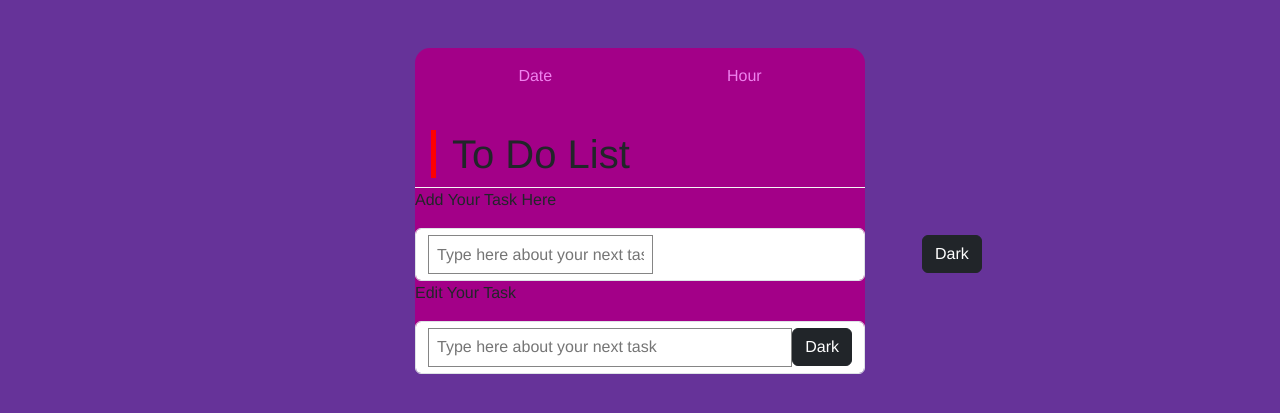
Repository: Passionblaz/TODO
Page: TODO/Untitled-1.html
An editor plug-in stored every save of this project. The page is shown before and after a run of saves, followed by the edit.
The browser window is 1280 px wide. The pictures show the whole page.

Above is the page before, as saved 2023-07-14 14:10:01.

After the next 2 saves:
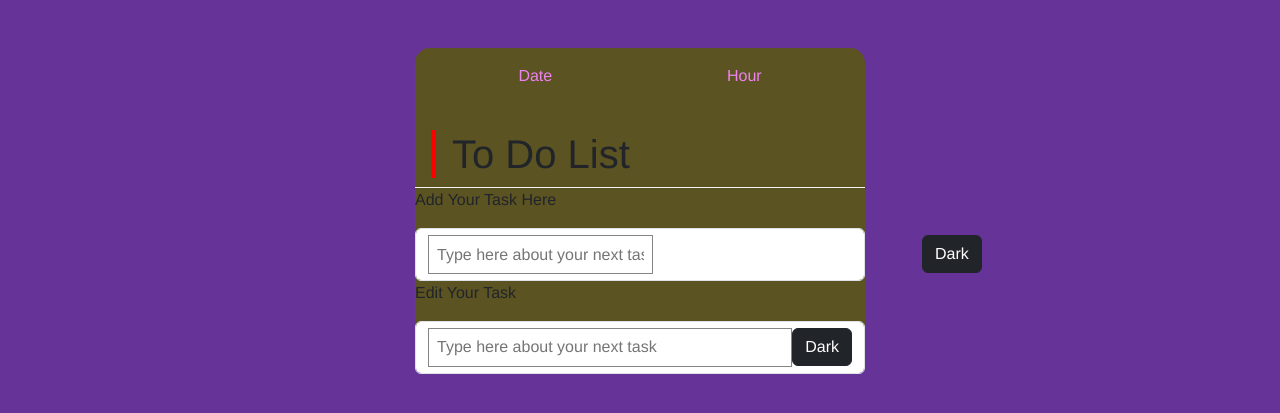
The 2 saves are shown as one change because they came seconds apart.
The last was saved 7 s later.
--- a/TODO/todostyles.css
+++ b/TODO/todostyles.css
@@ -55,7 +55,7 @@ input {
   display: none;
 }
 .todo-container {
-  background-color: #a30088;
+  background-color: #5c5323;
   border-radius: 15px;
   width: 450px;
   margin: 3rem auto;
